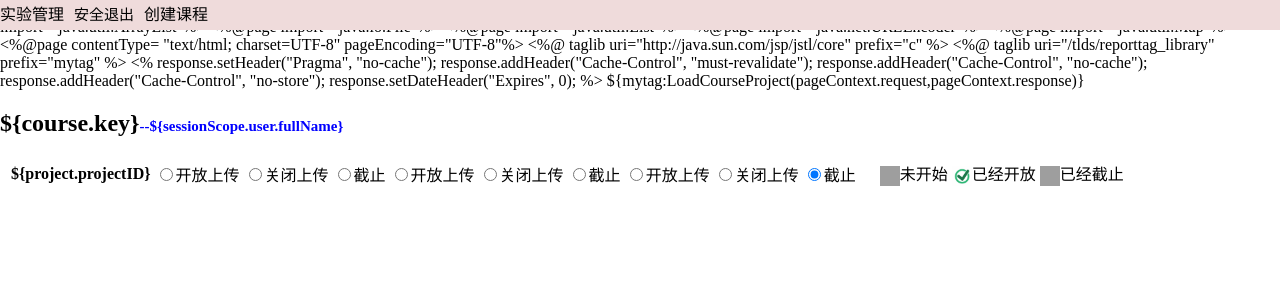
Repository: IAmJiangWenHao/ReportServer
Page: web/demo.html
The author's editor kept a copy of each file at every save. The page is drawn from the files as they stood at one save, then again after the next save.
The browser window is 1280 px wide. The pictures show the whole page.
Pictures or frames that could not be fetched are drawn as grey boxes.

Above is the page before, as saved 2023-05-18 16:27:48.

### web/demo.html
<%@page import="com.report.javabeans.ExpClass"%>
<%@page import="com.report.javabeans.Project"%>
<%@page import="com.report.javabeans.User"%>
<%@page import="java.util.ArrayList"%>
<%@page import="java.io.File"%>
<%@page import="java.util.List"%>
<%@page import="java.net.URLEncoder"%>
<%@page import="java.util.Map"%>
<%@page contentType= "text/html; charset=UTF-8" pageEncoding="UTF-8"%>

<%@ taglib uri="http://java.sun.com/jsp/jstl/core" prefix="c" %>
<%@ taglib uri="/tlds/reporttag_library" prefix="mytag" %>
<!--script type="text/javascript" src="${pageContext.request.contextPath}/script/scriptV1.js?v=1.0"></script-->
<!DOCTYPE html>
<html>
  <%
    response.setHeader("Pragma", "no-cache");
    response.addHeader("Cache-Control", "must-revalidate");
    response.addHeader("Cache-Control", "no-cache");
    response.addHeader("Cache-Control", "no-store");
    response.setDateHeader("Expires", 0);
  %>
  <head>
    <meta http-equiv="Content-Type" content="text/html; charset=UTF-8">
    <title>实验上传系统 </title>
  </head>
  <body style="margin:0">
    ${mytag:LoadCourseProject(pageContext.request,pageContext.response)}
    <script>
      window.onload = function () {//Ajax实现更新项目状态
        var ratios = document.getElementsByTagName("input");//获取所有input（本页面的input只有单选按钮）
        var map = new Map();//记录单选按钮旧值
        for (var i = 0; i < ratios.length; i++) {
          map.set((i + 1).toString(), ratios[i].checked);
          //oninput事件在input的值发生改变时触发，这里监听单选按钮值得改变
          ratios[i].oninput = function () {
            var r = false;
            if (this.value === "deadline") {//是否选择截止
              //是否确认修改
              r = confirm("截止后不可再设置，确定截止？");
            }
            //取消截止
            if (this.value === "deadline" && r === false) {
              var list = document.getElementsByName(this.name);
              for (var j = 0; j < list.length; j++)
                list[j].checked = map.get(list[j].id);
              return;
            }
            ratioName = this.name;
            //确定截止，不允许再更改状态
            if (this.value === "deadline") {
              var list = document.getElementsByName(this.name);
              for (var j = 0; j < list.length; j++)
              {
                list[j].disabled = "disable";
                map.set(list[j].id, list[j].checked);
              }
            } else {
              var list = document.getElementsByName(this.name);
              for (var j = 0; j < list.length; j++)
                map.set(list[j].id, false);
              map.set(this.id, this.checked);
            }
            var formData = new FormData();//FormData 对象
            var course = ratioName.substr(0, ratioName.indexOf("-"));
            var project = ratioName.substr(ratioName.indexOf("-") + 1, ratioName.length - 1);
            //添加KV
            formData.append("project", project);//项目
            formData.append("course", course); //课程名
            formData.append("status", this.value);//状态
            var cell = document.getElementById(this.name);
            //显示实验项目状态提示信息
            cell.innerHTML = "&nbsp;&nbsp;&nbsp;&nbsp;&nbsp;";
            if (this.value === "open")
              cell.innerHTML += "<img style=\"vertical-align: middle;height:20px;width:20px\" src=\"./img/check.jpg\"/>已经开放";
            if (this.value === "close")
              cell.innerHTML += "<img style=\"vertical-align: middle;height:20px;width:20px\" src=\"./img/undone.png\"/>未开始";
            if (this.value === "deadline")
              cell.innerHTML += "<img style=\"vertical-align: middle;height:20px;width:20px\" src=\"./img/deadline.jpg\"/>已截止";
            //1.创建请求对象
            const xhr = new XMLHttpRequest();
            //2.设置请求行，这里用post(get请求数据写在url后面)
            //updateProject.do实现后端更新
            xhr.open("post", getAppPath() + "/updateProject.do");
            //3.设置请求头(get请求可以省略,post不发送数据也可以省略)
            //xhr.setRequestHeader("Content-type","application/x-www-form-urlencoded");
            // 用formData可以不写请求头，写了无法正常上传文件
            //4.请求主体发送(get请求为空，或者写null，post请求数据写在这里，
            //如果没有数据，直接为空或者写null)
            xhr.send(formData);
            //注册回调函数
            xhr.onload = function ()
            {
              if (xhr.readyState === 4)
              {
                if (xhr.status >= 200 && xhr.status <= 300)
                { //判断响应码 2XX 表示成功
                  console.log(xhr.response.toString());
                } else
                  console.log("响应码：" + xhr.status); //状态码
              } else
                console.log(xhr.readyState);
              ;
            };
          };
        }
        ;
      };
    </script>
    <script>
      function getAppPath() {
        //获取当前URL
        var curURL = window.document.location.href;
        //获取主机地址之后的路径部分（就是文件地址）
        var pathName = window.document.location.pathname;
        var pos = curURL.indexOf(pathName);
        //获取应用地址
        var host = curURL.substring(0, pos);
        //获取带"/"的应用名，如：/***
        var webAppName = pathName.substring(0, pathName.substr(1).indexOf('/') + 1);
        return host + webAppName;
      }
    </script>
    <script>
      var isIE = /msie/i.test(navigator.userAgent) && !window.opera;
      function fileChange(target, type) {
        var fileSize = 0;
        var filepath = target.value;
        var filemaxsize = 1024 * 5;//5M
        var flag = -1;
        if (filepath) {
          var fileend = filepath.substring(filepath.lastIndexOf("."));
          // alert(fileend);
          if (type && type.length > 0) {
            //alert(fileend.indexOf(type));
            if (fileend !== ".xlsx") {
              alert("只接受xlsx类型的文件！");
              target.value = "";
              return false;
            }
          }
        } else {
          return false;
        }
        if (isIE && !target.files) {
          var filePath = target.value;
          var fileSystem = new ActiveXObject("Scripting.FileSystemObject");
          if (!fileSystem.FileExists(filePath)) {
            alert("附件不存在，请重新输入！");
            return false;
          }
          var file = fileSystem.GetFile(filePath);
          fileSize = file.Size;
        } else {
          fileSize = target.files[0].size;
        }

        var size = fileSize / 1024;
        if (size > filemaxsize) {
          alert("附件大小不能大于" + filemaxsize / 1024 + "M！");
          target.value = "";
          return false;
        }
        if (size <= 0) {
          alert("附件大小不能为0M！");
          target.value = "";
          return false;
        }
      }
      function Check()
      {
        for (var i = 0; i < document.form1.elements.length - 1; i++)
        {
          if (document.form1.elements[i].value === "")
          {
            alert("不可空！");
            document.form1.elements[i].focus();
            return false;
          }
        }
        return true;
      }
      function cls() {
        var createCell = document.getElementById("createCourse");
        createCell.innerHTML = "";
      }

      function createCourse() {
        var createCell = document.getElementById("createCourse");
        createCell.innerHTML = "<form action=\"../uploadCourseServlet\" enctype=\"multipart/form-data\" method=\"post\" name=\"form1\" onSubmit=\"return Check()\"><table></tr><tr> <td>建课模板：</td><td><a href=\"实验课模板.xlsx\">下载</a></td></tr><tr><td>课程名：</td><td><input style=\" font-size:16px\" type=\"text\" name=\"courseName\" size=\"20\"/>(例：程序设计实验)</td></tr><tr><td>班级：</td><td><input style=\" font-size:16px\" type=\"text\" name=\"className\" size=\"20\"/>(例:信安201)</td></tr><tr> <td>文件：</td><td><input style=\" font-size:16px\" type=\"file\" name=\"file\" size=\"40\" id=\"fup\" onchange=\'fileChange(this,\".xlsx\");\'/></td><tr><td style=\"height:50px;\" align=\"right\" ><input style=\" font-size:16px\" type=\"submit\" value=\"提交\" size='30'/> </td><td align=\"left\"><input style=\" font-size:16px\" type=\"button\" value=\"关闭\" size='30' onclick=\"cls()\"/> </td></tr></table></form>";
      }
    </script>
    <div >
        <div style="display: flex; position: fixed; top: 0; width: 100%; background-color:rgb(239, 219, 219);  height:auto;">
            <div style="margin-right:10px; line-height:30px;width: auto;height:30px;" color="black" > 实验管理</div>
            <div style="margin-right:10px; line-height:30px;width: auto;height:30px; font-size:15px"><a style="color:black;text-decoration: none;" href="../exit">安全退出</a></div>
            <div style="margin-right:10px; line-height:30px;width: auto;height:30px; cursor:hand " onclick="createCourse()">创建课程</div>
        </div>

      <div id="createCourse">

      </div>


    <c:forEach var="course" items="${sessionScope.courseData}" varStatus="statusCourse">
      <h2> ${course.key}<font style="font-size:15px;color:blue">--${sessionScope.user.fullName}</font></h2><p>
      <table>
        <c:forEach var="project" items="${course.value}" varStatus="statusProject">
          <tr style=" height: 30px;border: 1px">
            <td>&nbsp;&nbsp;<b>${project.projectID}</b></td>
            <td><!-- 3.一组单选按钮 radio（同name），只能选一个
                     request.getParameter("***")-->
              <c:if test="${project.state==0}">
                <input type="radio" id="${"course".concat(statusCourse.count).concat(statusProject.count).concat(1)}"  name="${course.key.concat("-").concat(project.projectID)}" value="open">开放上传
                <input type="radio" id="${"course".concat(statusCourse.count).concat(statusProject.count).concat(1)}"  name="${course.key.concat("-").concat(project.projectID)}" value="close" checked="true">关闭上传
                <input type="radio" id="${"course".concat(statusCourse.count).concat(statusProject.count).concat(1)}"  name="${course.key.concat("-").concat(project.projectID)}" value="deadline">截止
              </c:if>
              <c:if test="${project.state==1}">
                <input type="radio" id="${"course".concat(statusCourse.count).concat(statusProject.count).concat(1)}"  name="${course.key.concat("-").concat(project.projectID)}" value="open" checked="true">开放上传
                <input type="radio" id="${"course".concat(statusCourse.count).concat(statusProject.count).concat(1)}"  name="${course.key.concat("-").concat(project.projectID)}" value="close" >关闭上传
                <input type="radio" id="${"course".concat(statusCourse.count).concat(statusProject.count).concat(1)}"  name="${course.key.concat("-").concat(project.projectID)}" value="deadline">截止
              </c:if>
              <c:if test="${project.state==2}">
                <input type="radio" id="${"course".concat(statusCourse.count).concat(statusProject.count).concat(1)}"  name="${course.key.concat("-").concat(project.projectID)}" value="open">开放上传
                <input type="radio" id="${"course".concat(statusCourse.count).concat(statusProject.count).concat(1)}"  name="${course.key.concat("-").concat(project.projectID)}" value="close" >关闭上传
                <input type="radio" id="${"course".concat(statusCourse.count).concat(statusProject.count).concat(1)}"  name="${course.key.concat("-").concat(project.projectID)}" value="deadline" checked="true">截止
              </c:if>
            </td>
            <td id="${course.key.concat("-").concat(project.projectID)}">&nbsp;&nbsp;&nbsp;&nbsp;
              <c:if test="${project.state==0}" >
                <img style="vertical-align: middle;height:20px;width:20px" alt="" src="../img/undone.jpg"/>未开始
              </c:if>
              <c:if test="${project.state==1}" >
                <img style="vertical-align: middle;height:20px;width:20px" alt="" src="../img/check.jpg"/>已经开放
              </c:if>
              <c:if test="${project.state==2}" >
                <img style="vertical-align: middle;height:20px;width:20px" alt="" src="../img/deadline.png"/>已经截止
              </c:if>
            </td>
          </tr>
        </c:forEach>
      </table>
    </c:forEach>
  </div>
</body>
</html>

After the next save:
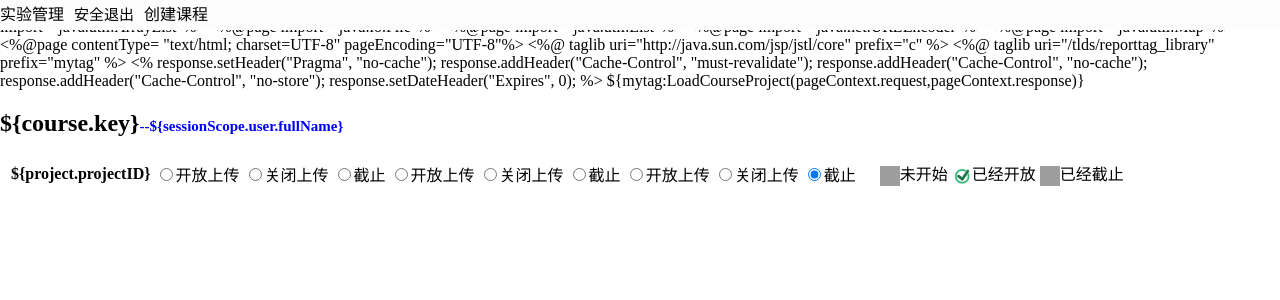
Saved 17 s later.
--- a/web/demo.html
+++ b/web/demo.html
@@ -191,7 +191,7 @@
       }
     </script>
     <div >
-        <div style="display: flex; position: fixed; top: 0; width: 100%; background-color:rgb(239, 219, 219);  height:auto;">
+        <div style="display: flex; position: fixed; top: 0; width: 100%; background-color:rgb(253, 253, 253);  height:auto;">
             <div style="margin-right:10px; line-height:30px;width: auto;height:30px;" color="black" > 实验管理</div>
             <div style="margin-right:10px; line-height:30px;width: auto;height:30px; font-size:15px"><a style="color:black;text-decoration: none;" href="../exit">安全退出</a></div>
             <div style="margin-right:10px; line-height:30px;width: auto;height:30px; cursor:hand " onclick="createCourse()">创建课程</div>
